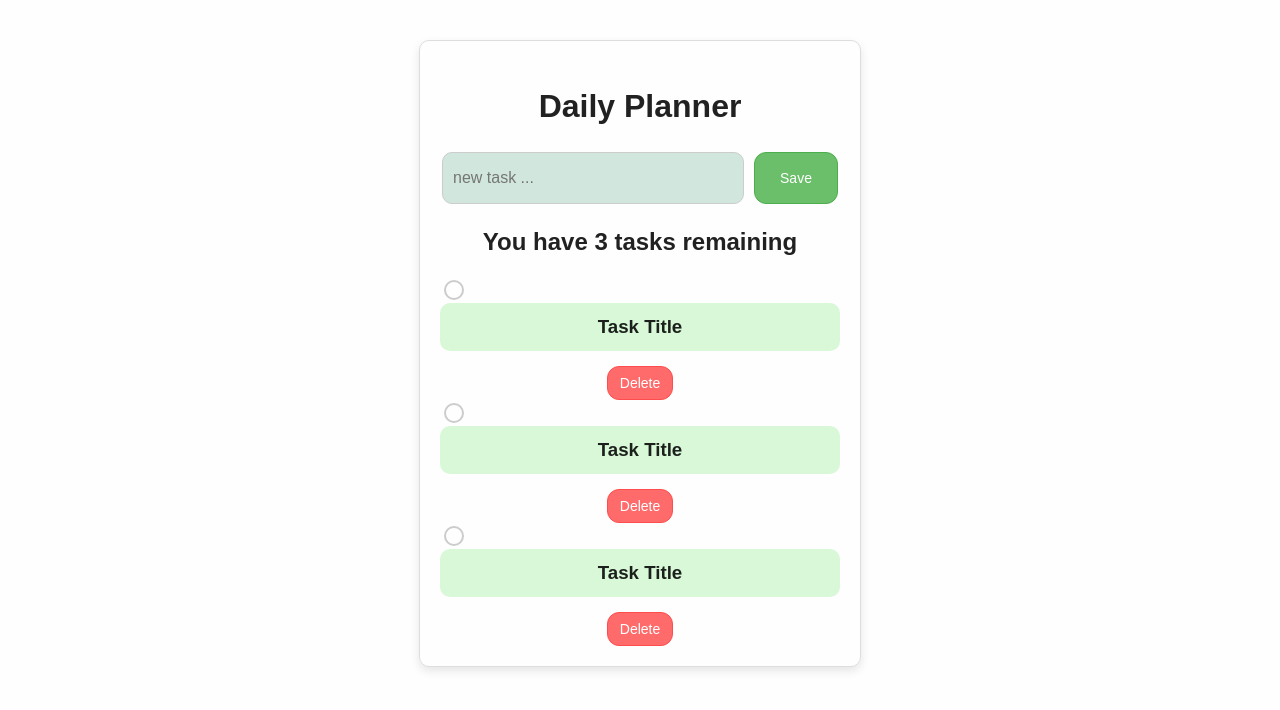
Repository: Zalida-Khan/Frontend-Lab4
Page: /
These files come from the project's save history. The page is drawn as it stood at one moment and after the next save; the edit follows.
The browser window is 1280 px wide. The pictures show the whole page.
The project was rebuilt for these pictures with package versions that can differ from the ones it lists, and the page was loaded fresh each time. Also part of the build but not shown: vite.config.js.

Above is the page before, as saved 2024-10-22 00:50:53.

After the next save:
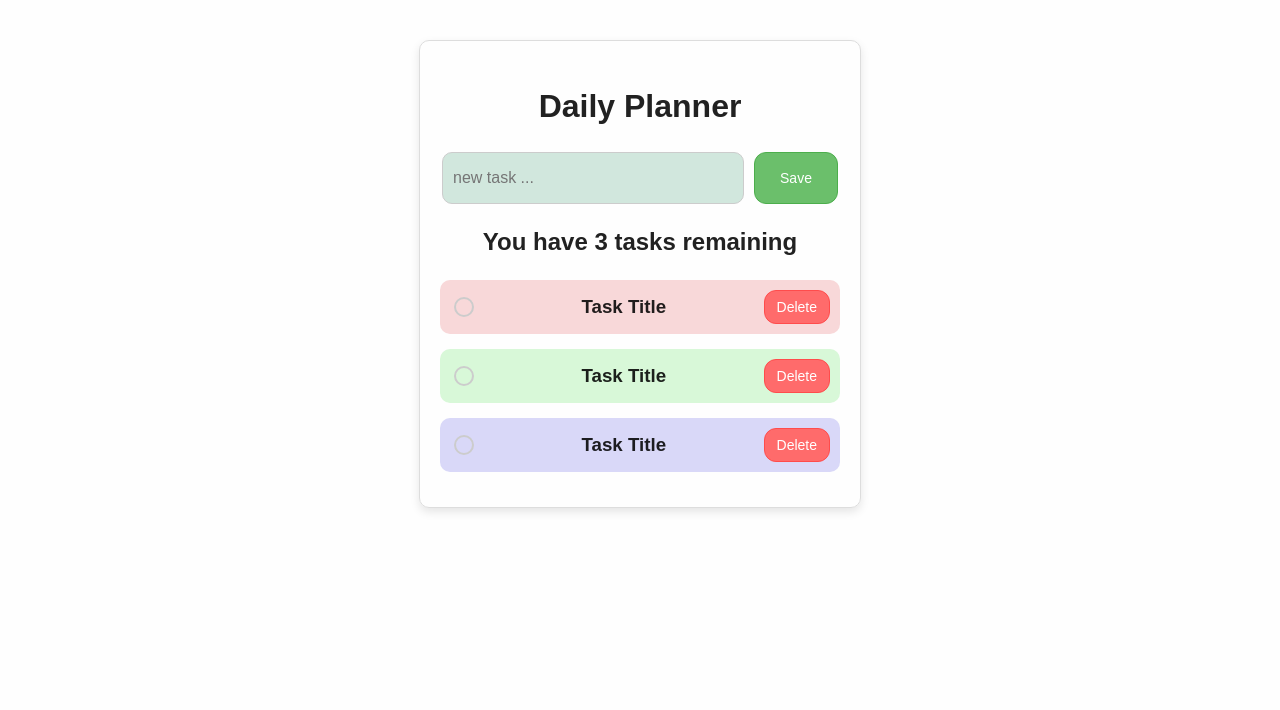
Saved 6 s later.
--- a/src/components/Task.jsx
+++ b/src/components/Task.jsx
@@ -2,9 +2,9 @@ import React from 'react';
 
 function Task({ task, toggleTask, removeTask }) {
   return (
-<div>
+<div class="task">
   <input type="checkbox" class="checkmark" />
-  <div class="task">
+  <div class="task-content">
     <h3>Task Title</h3>
   </div>
   <button class="delete-btn">Delete</button>
